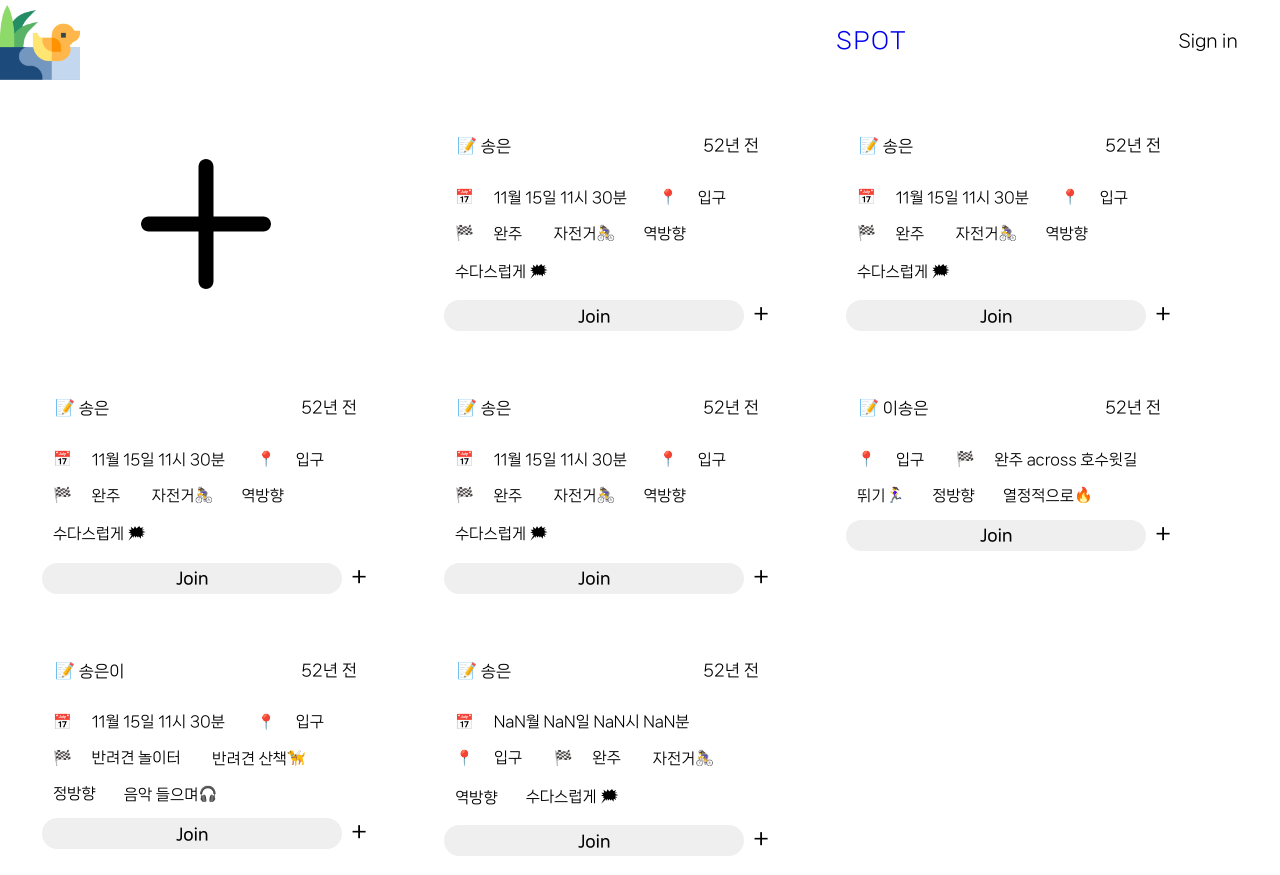
Repository: songeunleee/youngrangho
Page: /
The author's editor kept a copy of each file at every save. The page is drawn from the files as they stood at one save, then again after the next save.
The browser window is 1280 px wide. The pictures show the whole page.
The page's requests for data from a server got no answer. Some web libraries are served in a nearby version. The project was rebuilt for these pictures with package versions that can differ from the ones it lists, and the page was loaded fresh each time. Some packages were replaced by stand-ins written for this rebuild. No one was signed in, and anything a server would have sent is missing. Also part of the build but not shown: src/app.module.css, src/components/add_card/add_card.module.css, src/components/add_card/add_card.jsx, src/components/activity/activity.module.css, src/components/add_form/add_form.module.css, src/components/add_form/add_form.jsx, src/components/footer/footer.module.css, src/components/footer/footer.jsx and 10 more.

Above is the page before, as saved 2022-11-12 05:36:09.

### public/index.html
<!DOCTYPE html>
<html lang="en">
  <head>
    <meta charset="utf-8" />
    <script src="https://cdn.jsdelivr.net/npm/sweetalert2@10"></script>
    <script
      src="https://kit.fontawesome.com/7fb71a1d7b.js"
      crossorigin="anonymous"
    ></script>
    <link rel="icon" href="%PUBLIC_URL%/favicon.ico" />
    <meta name="viewport" content="width=device-width, initial-scale=1" />
    <meta name="theme-color" content="#000000" />
    <link rel="preconnect" href="https://fonts.googleapis.com" />
    <link rel="preconnect" href="https://fonts.gstatic.com" crossorigin />
    <link
      href="https://fonts.googleapis.com/css2?family=Noto+Sans+KR:wght@100;300;400&family=Noto+Serif+KR:wght@200;400&family=Varela+Round&display=swap"
      rel="stylesheet"
    />

    <meta
      name="description"
      content="Web site created using create-react-app"
    />
    <link rel="apple-touch-icon" href="%PUBLIC_URL%/logo192.png" />
    <!--
      manifest.json provides metadata used when your web app is installed on a
      user's mobile device or desktop. See https://developers.google.com/web/fundamentals/web-app-manifest/
    -->
    <link rel="manifest" href="%PUBLIC_URL%/manifest.json" />
    <!--
      Notice the use of %PUBLIC_URL% in the tags above.
      It will be replaced with the URL of the `public` folder during the build.
      Only files inside the `public` folder can be referenced from the HTML.

      Unlike "/favicon.ico" or "favicon.ico", "%PUBLIC_URL%/favicon.ico" will
      work correctly both with client-side routing and a non-root public URL.
      Learn how to configure a non-root public URL by running `npm run build`.
    -->
    <title>React App</title>
  </head>
  <body>
    <noscript>You need to enable JavaScript to run this app.</noscript>
    <div id="root"></div>
    <!--
      This HTML file is a template.
      If you open it directly in the browser, you will see an empty page.

      You can add webfonts, meta tags, or analytics to this file.
      The build step will place the bundled scripts into the <body> tag.

      To begin the development, run `npm start` or `yarn start`.
      To create a production bundle, use `npm run build` or `yarn build`.
    -->
  </body>
</html>

### src/index.css
@font-face {
  font-family: "font1";
  src: url("../public/fonts/NanumSquareNeo-aLt.ttf") format("truetype");
  font-weight: normal;
}

@font-face {
  font-family: "font2";
  src: url("../public/fonts/NanumSquareNeo-bRg.ttf") format("truetype");
  font-weight: bold;
}

@font-face {
  font-family: "font3";
  src: url("../public/fonts/NanumSquareNeo-cBd.ttf") format("truetype");
  font-weight: bold;
}

@font-face {
  font-family: "font4";
  src: url("../public/fonts/NanumSquareNeo-eHv.ttf") format("truetype");
  font-weight: bold;
}
body {
  margin: 0;
  font-family: -apple-system, BlinkMacSystemFont, "Segoe UI", "Roboto", "Oxygen",
    "Ubuntu", "Cantarell", "Fira Sans", "Droid Sans", "Helvetica Neue",
    sans-serif;
  -webkit-font-smoothing: antialiased;
  -moz-osx-font-smoothing: grayscale;
  height: 100%;
}

code {
  font-family: source-code-pro, Menlo, Monaco, Consolas, "Courier New",
    monospace;
}
html {
}
#root {
  margin: 0;
  display: flex;
  flex-direction: column;
  height: 100%;
}

### src/app.jsx
import { useEffect, useState } from "react";
import { BrowserRouter, Route, Routes } from "react-router-dom";
import styles from "./app.module.css";
import Activity from "./components/activity/activity";
import AddForm from "./components/add_form/add_form";
import Footer from "./components/footer/footer";
import Header from "./components/header/header";
import Home from "./components/home/home";
import Spot from "./components/spot/spot";

function App({ authService, fileUpload, repository }) {
  const [user, setUser] = useState(null);

  const getUser = (user) => {
    setUser(user);
  };

  useEffect(() => {
    authService.onAuthChange((user) => {
      if (user) {
        setUser(user);
      } else {
      }
    });
  }, [authService]);

  return (
    <>
      <BrowserRouter>
        <Header authService={authService} getUser={getUser} user={user} />
        <Routes>
          <Route
            path="/"
            element={
              <Activity
                authService={authService}
                repository={repository}
                user={user}
              />
            }
          />
          <Route
            path="/activity"
            element={
              <Activity
                authService={authService}
                repository={repository}
                user={user}
              />
            }
          />
          <Route
            path="/spot"
            element={
              <Spot
                authService={authService}
                user={user}
                fileUpload={fileUpload}
                repository={repository}
              />
            }
          />
          <Route
            path="/add"
            element={<AddForm user={user} repository={repository} />}
          />
        </Routes>
      </BrowserRouter>
    </>
  );
}

export default App;

### src/components/activity/activity.jsx
import { set, update } from "firebase/database";
import React from "react";
import { useState } from "react";
import { useEffect } from "react";
import { useLocation } from "react-router-dom";
import ActivityList from "../activity_list/activity_list";
import Header from "../header/header";
import styles from "./activity.module.css";

const Activity = ({ authService, user, repository }) => {
  const location = useLocation();
  const [loading, setloading] = useState(false);

  const [cards, setCards] = useState({
    1: {
      id: 1,
      userUid: "2JLdyikUkFZd8fo9REXkiLAkSfY2",
      author: "송은",
      createTime: new Date("2022-11-4"),
      appointment: " ",
      departure: "입구",
      mean: "자전거🚴‍♀️",
      course: "역방향",
      goal: "완주",
      mode: "수다스럽게 🗯",
      joinList: [
        {
          userImg: "./images/duck.png",
          name: "오리",
        },
      ],
    },
    2: {
      id: 2,
      userUid: "2JLdyikUkFZd8fo9REXkiLAkSfY2",
      author: "송은이",
      createTime: Date.now(),
      appointment: "2022-11-15 11:30",
      departure: "입구",
      goal: "반려견 놀이터",
      mean: "반려견 산책🦮",
      course: "정방향",
      mode: "음악 들으며🎧",
      joinList: [
        {
          userImg: "./images/lake (10).png",
          name: "영랑호",
        },
        {
          userImg: "./images/duck.png",
          name: "오리",
        },
      ],
    },

    3: {
      id: 3,
      userUid: "효림",
      author: "이송은",
      createTime: Date.now(),
      appointmnew: "",
      departure: "입구",
      mean: "뛰기🏃‍♀️",
      course: "정방향",
      goal: "완주 across 호수윗길",
      mode: "열정적으로🔥",
      joinList: [],
    },
    4: {
      id: 4,
      userUid: "2JLdyikUkFZd8fo9REXkiLAkSfY2",
      author: "송은",
      createTime: Date.now(),
      appointment: "2022-11-15 11:30",
      departure: "입구",
      mean: "자전거🚴‍♀️",
      course: "역방향",
      goal: "완주",
      mode: "수다스럽게 🗯",
      joinList: [
        {
          userImg: "./images/lake (11).png",
          name: "연못",
        },
      ],
    },
    5: {
      id: 5,
      userUid: "효림",
      author: "송은",
      createTime: Date.now(),
      appointment: "2022-11-15 11:30",
      departure: "입구",
      mean: "자전거🚴‍♀️",
      course: "역방향",
      goal: "완주",
      mode: "수다스럽게 🗯",
      joinList: [
        {
          userImg:
            "https://lh3.googleusercontent.com/a/ALm5wu1v7jYDpMYCLb46MQvV_oJ2PECfuAScvnY9ozwB=s96-c",
          name: "송은이",
        },
      ],
    },
    6: {
      id: 6,
      userUid: "FjWi6hSH7OeFsGGfguAPw7O3poL2",
      author: "송은",
      createTime: Date.now(),
      appointment: "2022-11-15 11:30",
      departure: "입구",
      mean: "자전거🚴‍♀️",
      course: "역방향",
      goal: "완주",
      mode: "수다스럽게 🗯",
      joinList: [
        {
          userImg: "./images/pond.png",
          name: "민지",
        },
      ],
    },
    7: {
      id: 7,
      userUid: "FjWi6hSH7OeFsGGfguAPw7O3poL2",
      author: "송은",
      createTime: Date.now(),
      appointment: "2022-11-15 11:30",
      departure: "입구",
      mean: "자전거🚴‍♀️",
      course: "역방향",
      goal: "완주",
      mode: "수다스럽게 🗯",
      joinList: [
        {
          userImg: "./images/pond.png",
          name: "민지",
        },
      ],
    },
  });

  useEffect(() => {
    setloading(true);
    const stopSynk = repository.syncActivities(user && user.uid, (cards) => {
      setCards(cards);
      setloading(false);
    });
    return () => stopSynk();
  }, [user, repository]);

  const deleteCard = (card) => {
    const updated = { ...cards };
    delete updated[card.id];
    console.log(updated);
    console.log(cards);
    setCards(updated);

    repository.removeActivity(card);
  };

  const addJoin = (card) => {
    const updated = { ...cards }; //state를 직접 수정하면 안되어서 updated에 cards를 복사하여 card안에 있는 joinlist를 추가하려고함

    if (!updated[card.id].joinList) {
      //joinlist가 없을때
      const joinList = [
        { userImg: user && user.photoURL, name: user && user.displayName },
      ];
      updated[card.id] = { ...card, joinList };

      setCards(updated);

      repository.updateActivity(card.id, updated[card.id]);
    } else {
      // updated[card.id].joinList.filter((item) => item.userImg === user.photoURL)
      //   .length === 0 &&

      const joinList = updated[card.id].joinList.concat({
        userImg: user && user.photoURL,
        name: user && user.displayName,
      });
      updated[card.id] = { ...card, joinList };

      setCards(updated);

      //근데 왜 setCards로 cards를 업데이트 하지도 않았는데 왜 추가되어있는가?(방법1 updated로 cards복사 후 updated[card.id].joinList에 push로 추가, 방법2.updated[card.id].joinList에 concat으로 추가 ) = 해결완료 근데 왜그런진 모르겠다. 분명 복사를 했는데 왜 바뀌지?
      repository.updateActivity(card.id, updated[card.id]);
    }
  };

  const DropJoin = (card) => {
    const updated = { ...cards };

    const joinList = updated[card.id].joinList.filter(
      (item) => item.userImg !== user.photoURL
    );
    updated[card.id] = { ...card, joinList };

    setCards(updated);

    repository.updateActivity(card.id, updated[card.id]);
  };

  return (
    <ActivityList
      cards={cards}
      addJoin={addJoin}
      DropJoin={DropJoin}
      user={user}
      deleteCard={deleteCard}
    />
  );
};
export default Activity;

### src/components/header/header.jsx
import React, { useEffect } from "react";
import { useState } from "react";
import { Link, useLocation } from "react-router-dom";
import styles from "./header.module.css";

const Header = ({ authService, getUser, user }) => {
  const location = useLocation().pathname;

  const isSpot = (location) => {
    return location === "/spot" ? true : false;
  };

  const onSignin = () => {
    authService.signin().then((data) => getUser(data.user));
  };

  const onSignout = () => {
    authService.signout();
    getUser(null);
  };

  return (
    <header className={styles.header}>
      <Link
        className={`${styles.logolink} ${
          !isSpot(location) ? styles.activity : null
        } `}
        to={"/"}
      >
        <img className={styles.logo} src="./images/duck (1).png" alt="" />
      </Link>
      <Link
        className={`${styles.link} ${
          !isSpot(location) ? styles.activity : null
        }`}
        to={"/activity"}
      >
        ACTIVITY
      </Link>
      <Link
        className={`${styles.link} ${isSpot(location) ? styles.spot : null}`}
        to={"/spot"}
      >
        SPOT
      </Link>

      {user ? (
        <div className={styles.signIn}>
          <img className={styles.img} src={user.photoURL} alt="" />
          <p className={styles.name}>{user.displayName}</p>
          <button
            className={`${styles.button} ${styles.sign}`}
            onClick={onSignout}
          >
            Sign out
          </button>
        </div>
      ) : (
        <button className={`${styles.button}`} onClick={onSignin}>
          Sign in
        </button>
      )}
    </header>
  );
};

export default Header;

### src/components/activity_list/activity_list.jsx
import React from "react";
import { useNavigate } from "react-router-dom";
import ActivityItem from "../activity_item/activity_item";
import AddCard from "../add_card/add_card";
import styles from "./activity_list.module.css";

const ActivityList = ({ cards, user, addJoin, DropJoin, deleteCard }) => {
  const navigate = useNavigate();
  const clickAddCard = () => {
    navigate("/add");
  };
  return (
    <section className={styles.container}>
      <div className={styles.list}>
        <div onClick={clickAddCard} className={styles.box}>
          <div className={styles.addCard}>
            <i className={`fa-solid fa-plus ${styles.img}`}></i>
          </div>
        </div>
        {Object.keys(cards)
          .map((key) => (
            <ActivityItem
              key={key}
              card={cards[key]}
              user={user}
              addJoin={addJoin}
              DropJoin={DropJoin}
              deleteCard={deleteCard}
            />
          ))
          .reverse()}
      </div>
    </section>
  );
};

export default ActivityList;

### src/components/header/header.module.css
@value mainBlue, mainLightBlue,sideBlue, textWhite from '../../common/colors.css';
@value mediaQuery3 from '../../common/size.css';

.header {
  display: flex;
  height: 5rem;
  align-items: center;
  position: relative;
}
.logolink {
  height: 100%;
}

.logolink.activity {
  background-color: white;
}
.logo {
  height: 100%;

  transition: all 150ms ease-in;
}

.logo:hover {
  background-color: mainBlue;
}
.link {
  height: 100%;
  display: flex;
  justify-content: center;
  align-items: center;
  flex: 0.8;
  text-decoration: none;
  color: mainBlue;
  font-size: 1.4rem;
  font-family: "font2";
  letter-spacing: 2px;
  font-weight: 500;
  text-align: center;
  transition: letter-spacing 150ms ease-in;
}

.link.spot {
  background-color: mainBlue;
  color: white;
}

.link.activity {
  background-color: mainBlue;
  color: white;
}

.signIn {
  flex: 0.4;
  display: flex;
  justify-content: center;
  align-items: center;
  padding-left: 0.5rem;
  padding-right: 0.5rem;
}

.img {
  border-radius: 50%;
  width: 50px;
  height: 50px;
}

.name {
  padding-left: 1rem;
  padding-right: 1rem;
  font-family: "font3";
  color: sideBlue;
}

.button.sign {
  flex: 0.6;
  width: 100%;
}

.button {
  font-size: 1.1rem;
  font-weight: 500;
  font-family: "font2";
  flex: 0.2;
  background: none;
  cursor: pointer;
  border: none;
  color: mainBlue;
  transition: letter-spacing 250ms ease-in;
}

.link:hover {
  letter-spacing: 0;
}

.button:hover {
  letter-spacing: 1px;
}

@media screen and (max-width: mediaQuery3) {
  .name {
    display: none;
  }
  .img {
    display: none;
  }
  .logolink {
    display: none;
  }
}

### src/components/activity_list/activity_list.module.css
@value mediaQuery1, mediaQuery2 from '../../common/size.css';
@value joinColor,deleteColor,mainBlue,mainLightBlue,sideBlue,textWhite from '../../common/colors.css';

.container {
  display: flex;
  justify-content: center;
}

.box {
  margin: 1rem 1rem;
  margin-bottom: 0;
  padding: 0.5rem 10px;
  width: 350px;
  transition: all ease-in 200ms;
}

.addCard {
  display: flex;
  justify-content: center;
  align-items: center;
  border: 5px dashed mainLightBlue;
  height: 224px;
  animation: fade-in 1s;
  animation-fill-mode: forwards;

  border-radius: 18px;
}

.img {
  font-size: 10rem;
  font-weight: 100;
  color: mainLightBlue;
}

.box:hover {
  transform: scale(1.02);
}

.list {
  width: 1270px;
  display: flex;

  flex-wrap: wrap;

  margin-top: 0.5rem;
}

@media screen and (max-width: mediaQuery1) {
  .list {
    width: 805px;
  }
}

@media screen and (max-width: mediaQuery2) {
  .list {
    width: 450px;
  }
}

### src/components/join_list/join_list.jsx
import React from "react";
import JoinItem from "../join_item/join_item";
import styles from "./join_list.module.css";
const JoinList = ({ joinList }) => {
  return (
    <div>
      {joinList.map((user, i) => (
        <JoinItem key={user.userImg} user={user} />
      ))}
    </div>
  );
};

export default JoinList;

### src/components/activity_item/activity_item.module.css
@value joinColor,deleteColor,mainBlue,mainLightBlue,sideBlue,textWhite from '../../common/colors.css';

* {
  font-family: font2;
}

.container {
  margin: 1rem 1rem;
  margin-bottom: 0;
  padding: 0.5rem 10px;
  width: 350px;
  justify-items: center;
}

.card {
  border: 1px mainLightBlue solid;

  padding: 0.5rem 0.5rem;
  animation: fade-in 1s;
  animation-fill-mode: forwards;
}
.info {
  display: flex;
  justify-content: space-between;
  padding: 0.5rem;
  padding-bottom: 1rem;
  margin: 0.5rem;

  border-bottom: 1px dashed mainBlue;
}
.author {
  margin: 0;
}
.createTime {
  margin: 0;
}

.contentBox {
  display: flex;
  flex: 1;
  align-items: center;
}
.content {
  display: flex;
  flex-wrap: wrap;
}
.chip {
  font-size: 15px;
  flex-wrap: nowrap;
  background-color: mainLightBlue;
  width: fit-content;
  border-radius: 18px;
  padding: 5px 10px;
  margin: 0.25rem 0.25rem;
  display: flex;
  align-items: center;
  cursor: pointer;
  transition: transform 200ms ease-in;
}

.chip.appointment {
  background-color: mainBlue;
}

.chip.goal {
  padding-top: 0;
  padding-bottom: 0;
}

.G {
  position: relative;
  background-color: sideBlue;
  border-radius: 18px;
  padding-top: 5px;
  padding-bottom: 5px;
  padding-right: 10px;
  padding-left: 10px;
  right: 10px;
}

.chip:hover {
  filter: brightness(95%);
}
.chipDelete {
  display: none;
  color: rgb(255, 255, 255);
  margin-left: 0.3rem;
  opacity: 0.9;
  border: none;
}

.chipDelete.showDelete {
  display: inline;
}

.btnBox {
  display: flex;
}

.display {
  display: flex;
  flex-direction: column;
  flex: 1;
}

.btns {
  font-size: 1rem;
  font-family: font3;
  padding: 0.4rem;
  margin: 0.2rem;
  margin-top: 0.4rem;
  border-radius: 18px;
  border: none;
  cursor: pointer;
  transition: all ease 200ms;
}

.joinBtn {
  display: none;
}

.joinBtn.showJoin {
  display: inline;
}

.joinBtn:hover {
  background-color: joinColor;
  transform: scale(1.02);
}

.dropBtn {
  display: none;
  background-color: joinColor;
}

.dropBtn.showDropBtn {
  display: inline;
}

.dropBtn:hover {
  background-color: lightgrey;
  transform: scale(1.02);
}

.delete {
  display: none;
  background-color: deleteColor;
}

.delete.showDelete {
  display: inline;
}

.delete:hover {
  transform: scale(1.02);
}

.joinlistBtn {
  background-color: white;
  border: none;
  font-size: 1.5rem;
  font-family: font2;
  color: sideBlue;
  cursor: pointer;
}

.joinList {
  display: none;
  padding-top: 0.25rem;
  border: 1px mainLightBlue solid;
  border-top: none;
}

.joinList.showList {
  display: flex;
  animation: fade-in 0.8s;
  animation-fill-mode: forwards;
}

@keyframes fade-in {
  0% {
    transform: translateY(-30%);
    opacity: 0;
  }
  20% {
    opacity: 0;
  }

  100% {
    transform: translateY(0);
    opacity: 1;
  }
}

### src/components/join_item/join_item.jsx
import React from "react";
import styles from "./join_item.module.css";

const JoinItem = ({ user }) => {
  return (
    <section className={styles.item}>
      <img className={styles.img} src={user.userImg} alt="" />
      <div className={styles.name}>{user.name}님이 함께하고 싶어합니다!</div>
    </section>
  );
};

export default JoinItem;

### src/components/join_item/join_item.module.css
.item {
  display: flex;
  align-items: center;
  margin: 0.5rem 0.7rem;
}

.img {
  width: 1.8rem;
  border-radius: 50%;
}

.name {
  margin-left: 0.5rem;
}

Loaded but not shown: src/service/repositiry.js (55 lines, source omitted); src/index.js (23 lines, source omitted); src/service/auth_service.js (28 lines, source omitted); src/service/firebase.js (13 lines, source omitted); src/service/file_upload.js (15 lines, source omitted); src/components/activity_item/activity_item.jsx (217 lines, source omitted); src/components/join_list/join_list.module.css (no stored copy; drawn as an empty file)

After the next save:
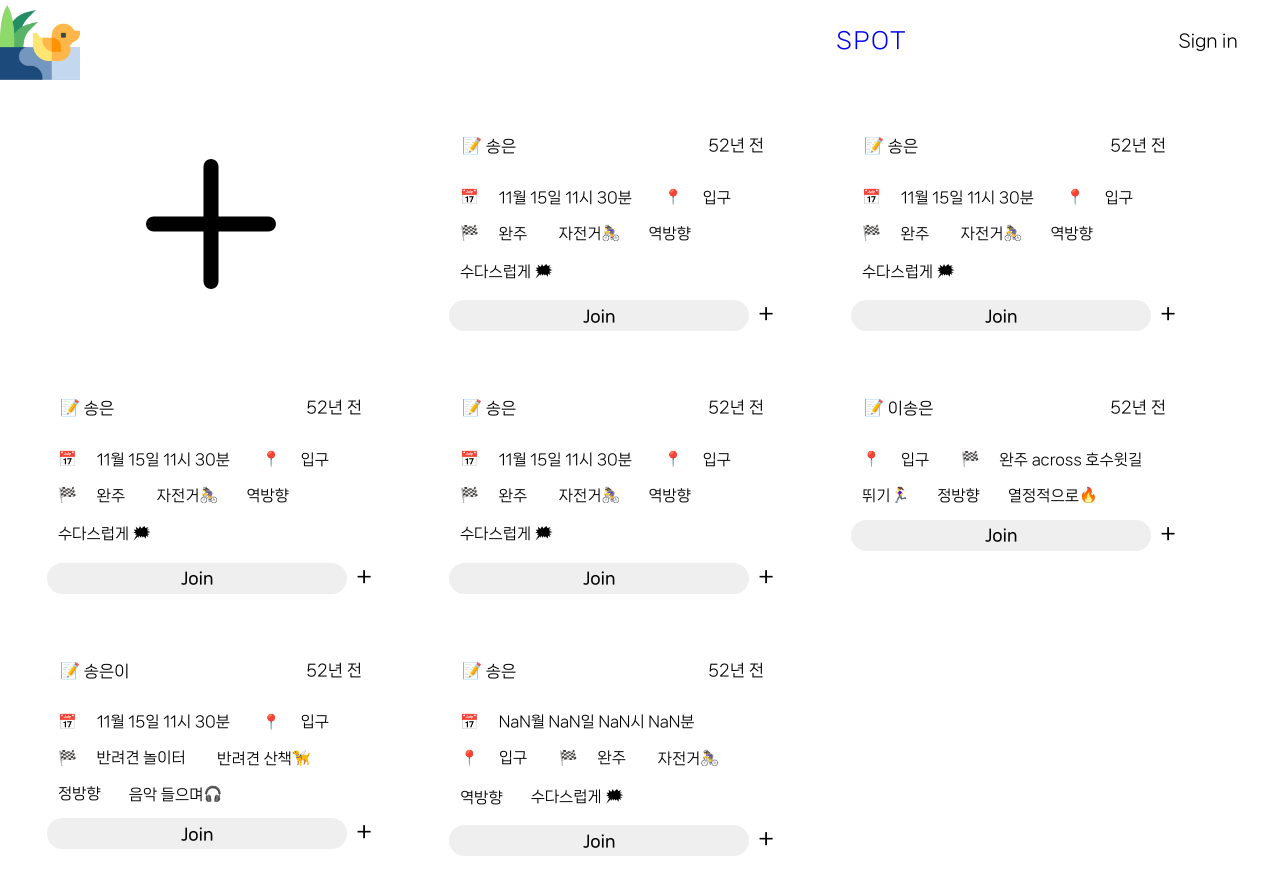
Saved 4 s later.
--- a/src/components/activity_list/activity_list.module.css
+++ b/src/components/activity_list/activity_list.module.css
@@ -37,7 +37,7 @@
 }
 
 .list {
-  width: 1270px;
+  width: 1260px;
   display: flex;
 
   flex-wrap: wrap;
